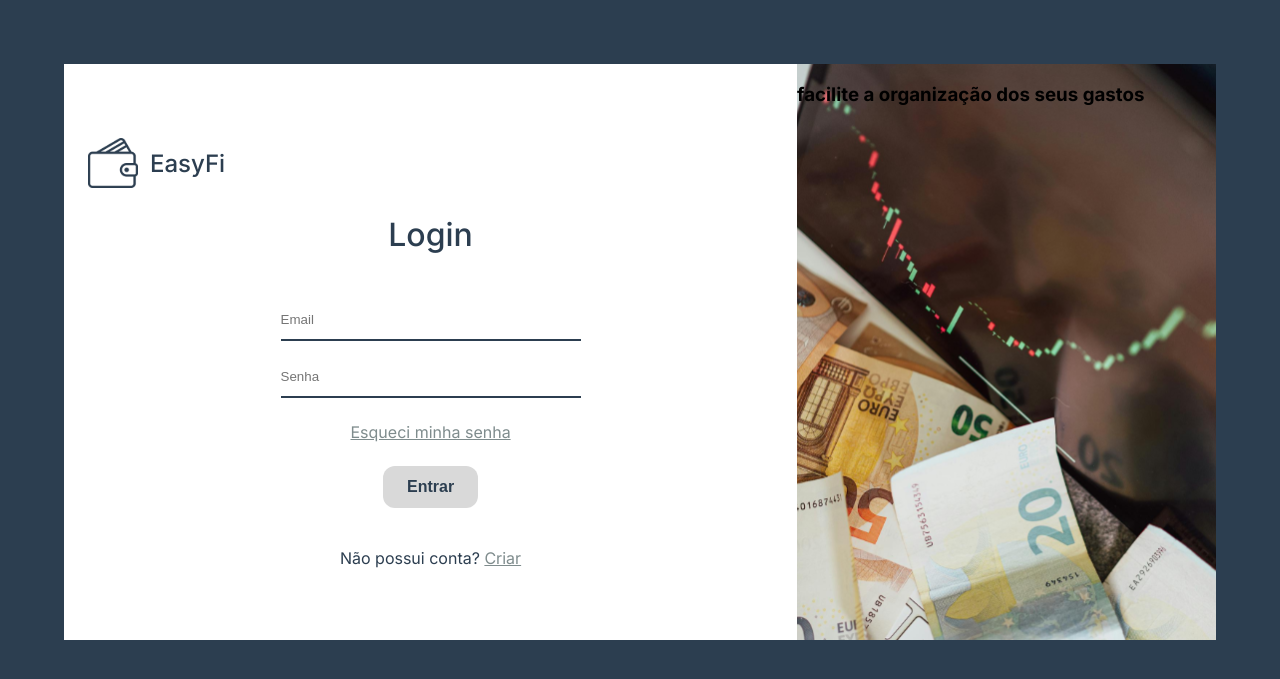
Repository: Ingridiag/projeto-engenharia
Page: login.html
An editor plug-in stored every save of this project. The page is shown before and after the next save, followed by the edit.
The browser window is 1280 px wide. The pictures show the whole page.

Above is the page before, as saved 2024-10-28 17:19:07.

### login.html
<!DOCTYPE html>
<html lang="pt">

<head>
    <meta charset="UTF-8">
    <meta name="viewport" content="width=device-width, initial-scale=1.0">
    <link rel="preconnect" href="https://fonts.googleapis.com">
<link rel="preconnect" href="https://fonts.gstatic.com" crossorigin>
<link href="https://fonts.googleapis.com/css2?family=Inter:ital,opsz,wght@0,14..32,100..900;1,14..32,100..900&display=swap"
rel="stylesheet">
    <link rel="stylesheet" href="style.css">
    <title>Login</title>
</head>

<body>
    <div class="container">

        <!-- Tela Login -->
        <div class="login">
            <div class="primeira-coluna">
                <div class="logo">
                    <img src="imagens/logo-azul 1.svg" alt="logo">
                    <h1>EasyFi</h1>
                </div>
                <div class="formulario">
                    <h1 class="title">Login</h1>
                    <form >
                        <input type="email" placeholder="Email">
                        <input type="password" placeholder="Senha">
                    </form>
                    <div class="uses">
                        <a href="#" class="link">Esqueci minha senha</a>

                    </div>
                    <div class="btn-default">
                        <button>
                            Entrar
                        </button>
                    </div>
                    <div >
                        <p>Não possui conta?
                            <span>
                                <a href="#" class="link">Criar</a>
                            </span>
                        </p>
                    </div>
                </div>
            </div>
            <div class="decor">
                <h3 class="mensagem">
                    facilite a organização dos seus gastos
                </h3>

            </div>
        </div>



        <div class="cadastro">
            <!-- Tela Cadastro -->
            <div class="decor">
                <h3 class="mensagem">
                    facilite a organização dos seus gastos
                </h3>
            </div>

            <div class="primeira-coluna">
                <div class="logo">
                    <img src="imagens/logo-azul 1.svg" alt="logo">
                    <h1>EasyFi</h1>
                </div>
                <div class="formulario">
                    <h1 class="title">Criar Conta</h1>
                    <form >
                        <input type="text" placeholder="Nome">
                        <input type="email" placeholder="Email">
                        <input type="password" placeholder="Senha">
                        <input type="password" placeholder=" Confirmar senha">
                    </form>
                    <div>
                        <a href="#" class="link">Esqueci minha senha</a>

                    </div>
                    <div class="btn-default">
                        <button>
                            Entrar
                        </button>
                    </div>
                    <div class="uses">
                        <p>Já possui conta?
                            <span>
                                <a href="#" class="link">Login</a>
                            </span>
                        </p>
                    </div>
                </div>
            </div>
        </div>


    </div>

</body>

</html>

### style.css
body {
    margin: 0;
    padding: 0;
    box-sizing: border-box;
    background: #2C3E50;
    font-family: "Inter", sans-serif;
}

.container {
    display: flex;
    justify-content: center;
    align-items: center;
    margin: 0 auto;
    padding: 5%;
}

.login {
    width: 100%;
    height: 80vh;

    display: flex;
    align-items: center;
    justify-content: space-between;
}

.primeira-coluna {
    width: 70%;
    height: 100%;
    display: flex;
    flex-direction: column;
    justify-content: center;
    background: #fff;
}

.logo {
    display: flex;
    gap: 12px;
    align-items: center;
    padding: 12px 24px 0;
    color: #2C3E50;

    h1 {
        font-size: 24px;
        font-weight: 500;
    }
    img{
        width: 50px;

    }

}

.formulario {
    display: flex;
    flex-direction: column;
    align-items: center;
    gap: 24px;
    color: #2C3E50;
    h1{
        font-weight: 500;}
}

.formulario form {
    display: flex;
    flex-direction: column;
    gap: 16px;
}

.formulario form input {
    width: 300px;
    padding: 12px 0px;
    background: none;
    border: none;
    border-bottom: 2px solid #2C3E50;
    outline: none;
    color: #2C3E50;

}

.formulario a {
    color: #7F8C8D;
}

.btn-default button {
    background: #D9D9D9;
    border: none;
    border-radius: 12px;
    padding: 12px 24px;
    font-size: 16px;
    transition: 0.2s ease;
    cursor: pointer;
    color: #2C3E50;
    font-weight: 600;
}

.btn-default button:hover {
    background: #F4EEEE;
    color: #577695;
    transform: scale(1.1);
}
.decor{
  width: 40%;
  height: 80vh;
  background: url(imagens/imagem_background.svg);
  background-position: 50% 50%;
  background-size: cover;
}

.cadastro {
    display: none;
    flex-direction: column;
    position: relative;
}

After the next save:
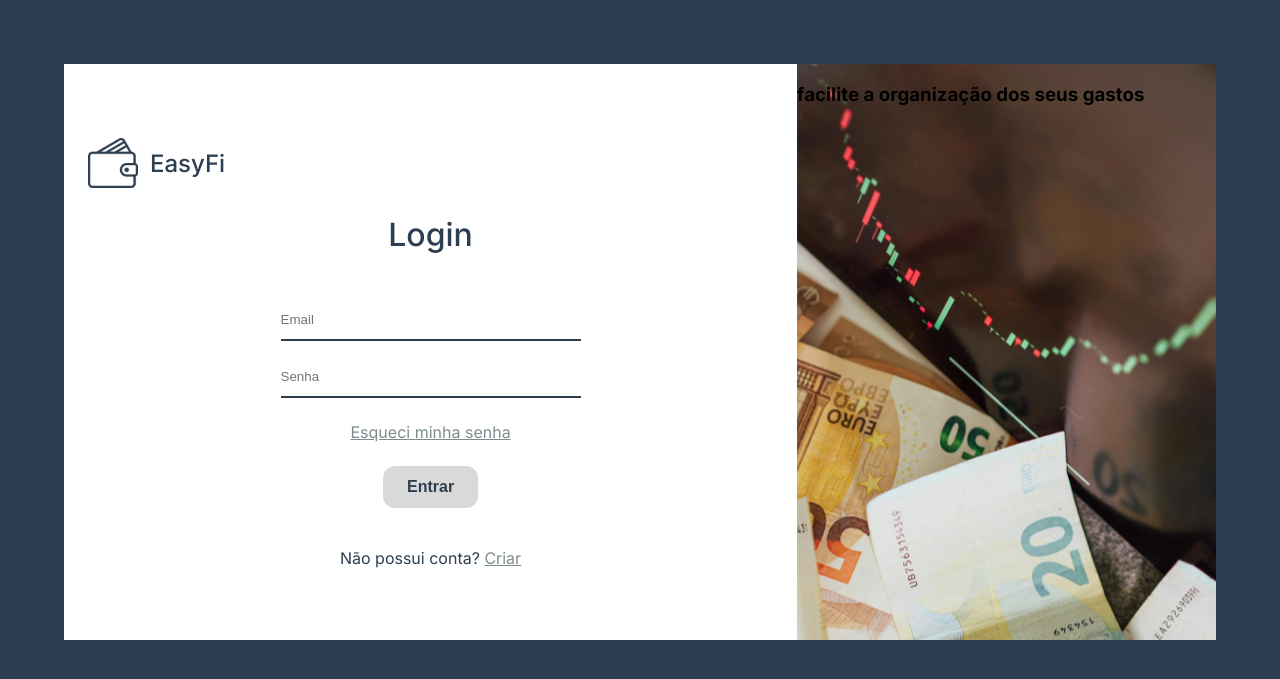
Saved 56 s later.
--- a/style.css
+++ b/style.css
@@ -103,7 +103,7 @@
   height: 80vh;
   background: url(imagens/imagem_background.svg);
   background-position: 50% 50%;
-  background-size: cover;
+
 }
 
 .cadastro {

After the save that followed:
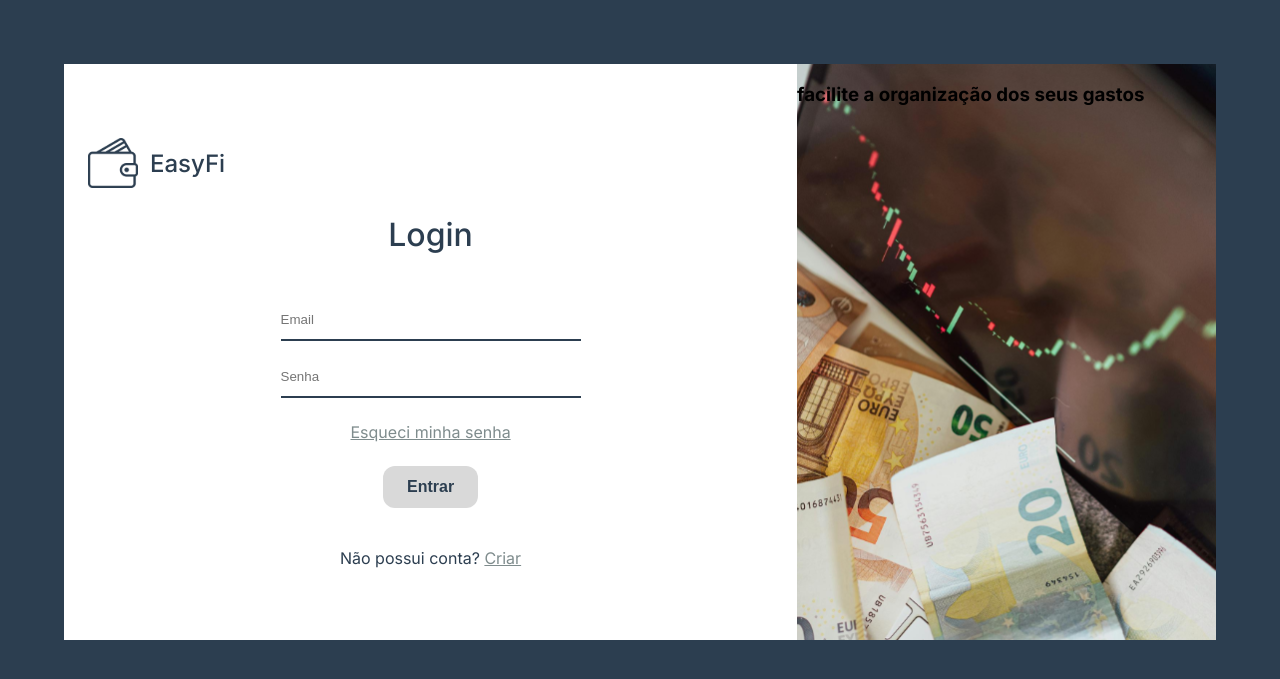
Saved 10 s later.
--- a/style.css
+++ b/style.css
@@ -103,7 +103,7 @@
   height: 80vh;
   background: url(imagens/imagem_background.svg);
   background-position: 50% 50%;
-
+  background-size: cover;
 }
 
 .cadastro {
